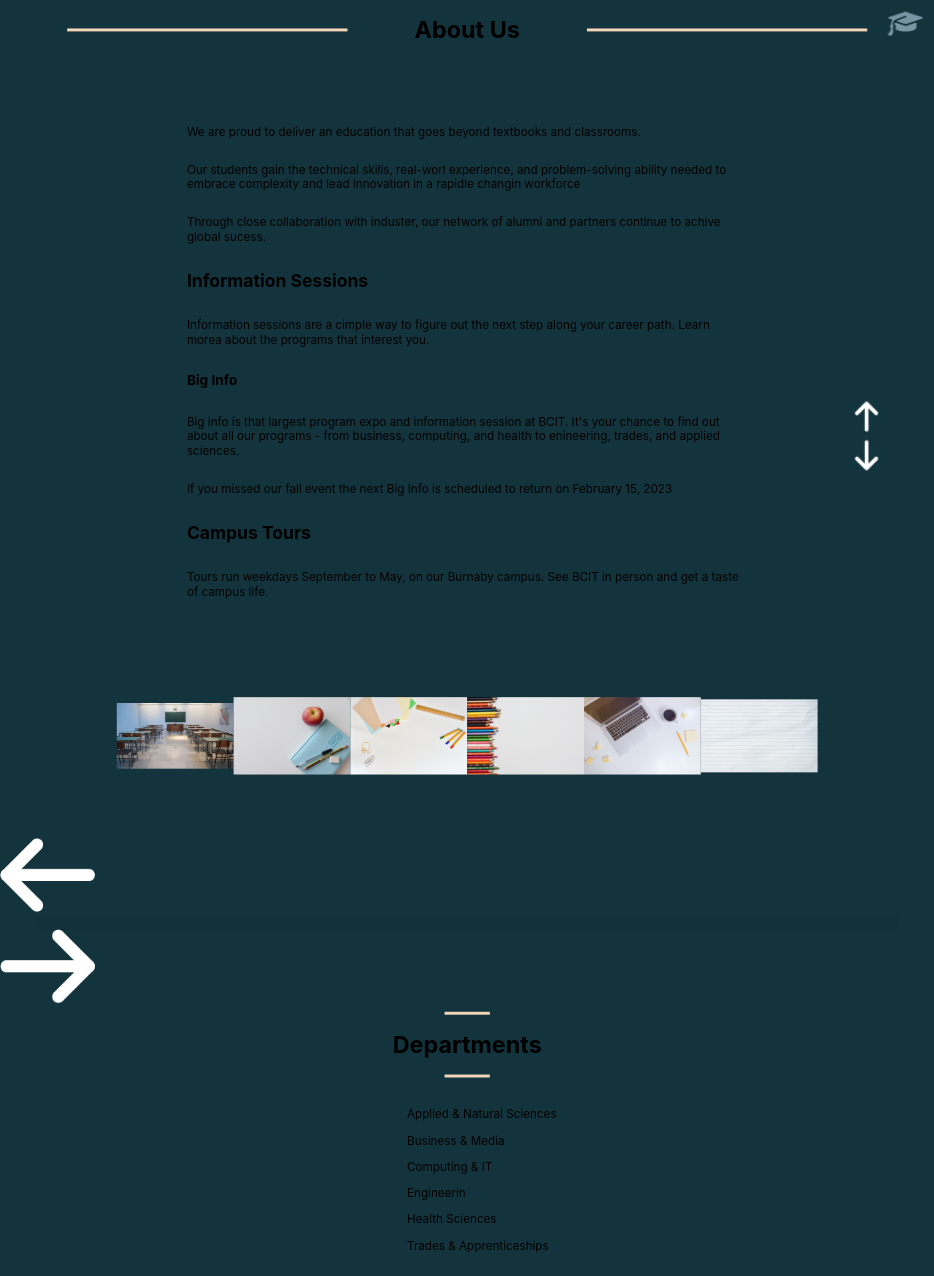
Repository: SaraShio/A01314209_Sara_Shiojima
Page: /about
These files come from the project's save history. The page is drawn as it stood at one moment and after the next save; the edit follows.
The browser window is 1280 px wide. The pictures show the whole page, at 73% of full size.
The project was rebuilt for these pictures with package versions that can differ from the ones it lists, and the page was loaded fresh each time. The framework's server and built-in components were replaced by stand-ins that run in the browser. Also part of the build but not shown: next.config.js.

Above is the page before, as saved 2023-02-08 22:19:27.

### pages/_app.js
import '../styles/globals.css'
import '../styles/variables.css'


function MyApp({ Component, pageProps }) {
  return <Component {...pageProps} />
}

export default MyApp

### pages/about.js
import Head from 'next/head'
import Image from 'next/image'
import styles from '../styles/About.module.css'
import Link from 'next/link'
import Arrow from '../components/Arrow'
import Navbar from '../components/Navbar'

export default function About() {
    return (
        <>
            <head>
                <title>About Us</title>
                <meta name="author" content="MDIA 2109" />
                <meta property="og:title" content="Assignment #1 - About Us Page" />
                <meta property="og:description" content="BCIT Digital Design and Development Diploma" />
                <link rel="icon" href='/favicon.png' />
            </head>

            <main className={styles.main}>
                <Navbar/>
                <header>
                    <div className={styles.header}>
                        <hr className={styles.line}></hr>
                        <h1>About Us</h1>
                        <hr className={styles.line}></hr>
                    </div>
                </header>
                <div className={styles.information}>
                    <div><p>We are proud to deliver an education that goes beyond textbooks and classrooms.</p></div>
                    <div><p>Our students gain the technical skills, real-worl experience, and problem-solving ability needed to embrace complexity and lead innovation in a rapidle changin workforce</p></div>
                    <div><p>Through close collaboration with induster, our network of alumni and partners continue to achive global sucess. </p></div>

                    <div><h2  >Information Sessions</h2></div>
                    <div><p>Information sessions are a cimple way to figure out the next step along your career path. Learn morea about the programs that interest you.</p></div>
                    <div><h3  >Big Info</h3></div>
                    <div><p>Big info is that largest program expo and information session at BCIT. It's  your chance to find out about all our programs - from business, computing, and health to enineering, trades, and applied sciences.</p></div>
                    <div><p  >If you missed our fall event the next Big Info is scheduled to return on February 15, 2023</p></div>
                    <div><h2  >Campus Tours</h2></div>

                    <div><p>Tours run weekdays September to May, on our Burnaby campus. See BCIT in person and get a taste of campus life.</p></div>
                </div>

                <div id="carouselImage" className={styles.carouselImage}>
                    <img className={styles.carousel} src={"carousel-images/0.jpg"} />
                    <img className={styles.carousel} src={"carousel-images/1.jpg"} />
                    <img className={styles.carousel} src={"carousel-images/2.jpg"} />
                    <img className={styles.carousel} src={"carousel-images/3.jpg"} />
                    <img className={styles.carousel} src={"carousel-images/4.jpg"} />
                    <img className={styles.carousel} src={"carousel-images/5.jpg"} />
                </div>

                <div>
                    <img src={'icons/leftArrow.png'} />
                    <div id="testOnImageHere" className={styles.testOnImageHere}></div>
                    <img src={'icons/rightArrow.png'} />
                </div>


                <div className={styles.departments}>
                    <div className={styles.test}>
                        <hr className={styles.line}></hr>
                        <h1>Departments</h1>
                        <hr className={styles.line}></hr>
                        </div>
                    <ul className={styles.departmentName}>
                        <li>Applied & Natural Sciences</li>
                        <li>Business & Media</li>
                        <li>Computing & IT</li>
                        <li>Engineerin</li>
                        <li>Health Sciences</li>
                        <li>Trades & Apprenticeships</li>
                    </ul>
                </div>
                <Arrow page="About" />

            </main>
        </>
    )
}

### styles/variables.css
:root{
    --primary-color: #fff;
    --beige: #f4d6b9;
    --ternary-color: #7796A4;
    --teal: #14343d;
    --quinary-color: rgba(16,46,53,0.5);
    }

### styles/About.module.css
.main{
    background-color: var(--teal);
}

.carouselImage{
    height: 200px;
    background-repeat: no-repeat;
    background-size: cover;
    display: flex;
    justify-content: center;
    align-items: center;
    margin: 40px 0px;
}

.carousel{
width: 10rem;
}

.testOnImageHere{
    background-color: rgba(16, 46, 53, 0.5);
    padding: 10px;
    margin: 0px 50px;
}

.header{
display: flex;
justify-content: center;
align-items: center;
}



.line{
    width: 30%;
    height: 0.25rem;
    background-color: var(--beige);
    border: none;
}

.information{
    margin: 10vh 20vw;
    display: flex;
    justify-content: center;
    flex-direction: column;
}


.departments{
    display: flex;
    flex-direction: column;
    align-items: center;
    justify-content: center;
}

.departmentName>li{
    list-style: none;
    margin: 1rem;
}

### components/Arrow/index.js
import styles from './Arrow.module.css'

export default function Arrow({
    page = "home",
}) {
    return (

        page.toLowerCase() === "home" ?
            <div className={styles.arrow}><a><span><img src={'icons/downwardArrow.png'} /></span></a>
            </div> :
            page.toLowerCase() === "about" ?
                <div className={styles.arrow}><a><span><img src={'icons/upwardArrow.png'} /></span></a>
                    <a><span><img src={'icons/downwardArrow.png'} /></span></a>
                </div> :
                page.toLowerCase() === "contact" ?
                    <div className={styles.arrow}><a href="/about"><span><img src={'icons/upwardArrow.png'} /></span></a>
                    </div> :
                    <div className={styles.arrow}><a href="/"><span><img src={'icons/downwardArrow.png'} /></span></a>
                    </div>
    )
}

### components/Navbar/index.js
import styles from './Navbar.module.css'


export default function Navbar() {

    return (
        <>
            <nav className={styles.navbar}>
                <img className={styles.nav_icon} src={'icons/graduation-hat.png'}></img>
            </nav>
        </>
    )
}

### components/Arrow/Arrow.module.css
.arrow{
    bottom:10vh;
    right: 6vw;
    display: flex;
    flex-direction: column;
    position: fixed;
    gap: 0.5rem;
}


.arrow > a > span > img{
    width: 2rem;
}

### components/Navbar/Navbar.module.css
.navbar{
    display: flex;
    position: relative;
}

.nav_icon{
    width: 3rem;
    top: 1rem;
    right: 1rem;
    position: absolute;
}

Loaded but not shown: styles/globals.css (common file)

After the next save:
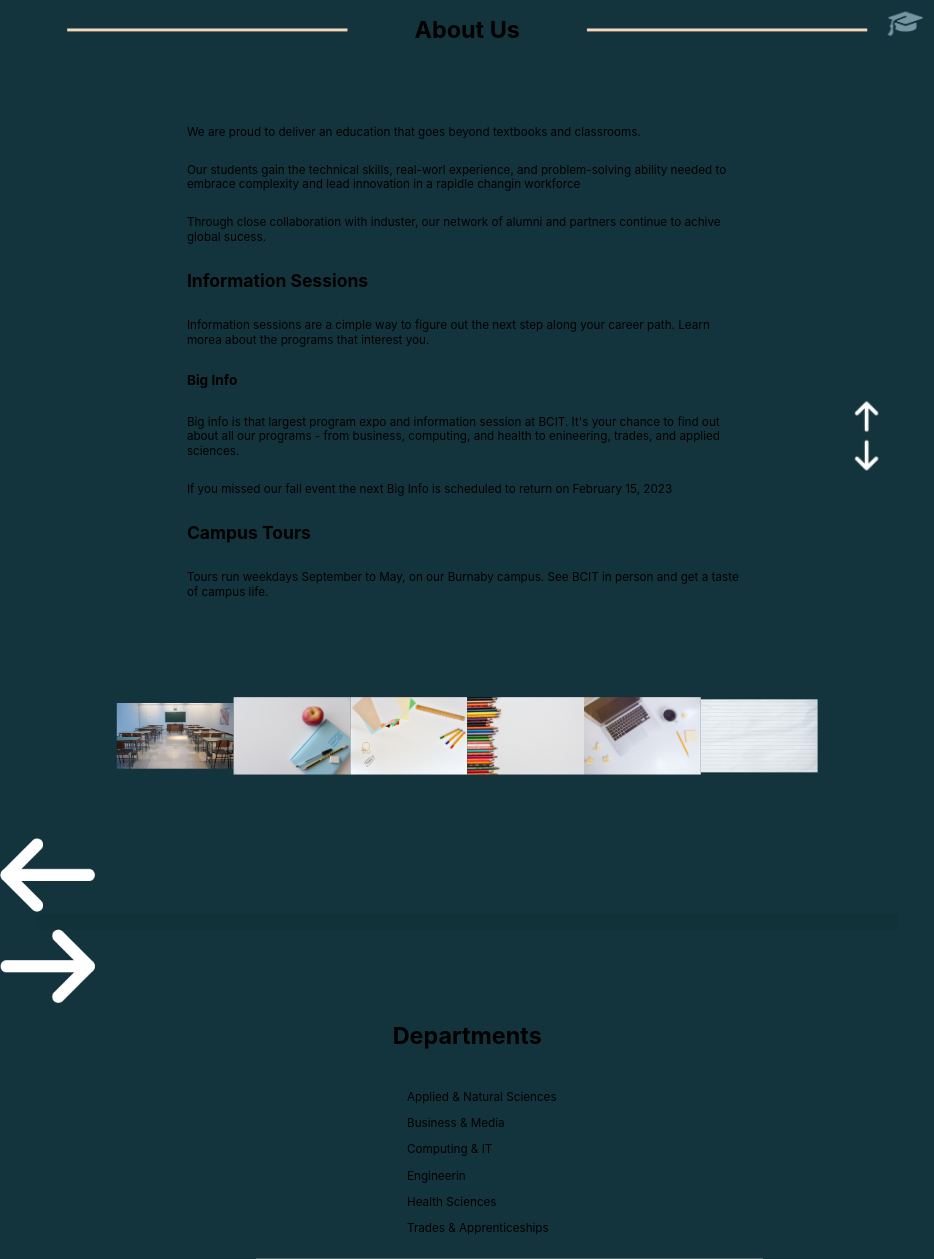
Saved 6 s later.
--- a/styles/About.module.css
+++ b/styles/About.module.css
@@ -28,7 +28,9 @@
 align-items: center;
 }
 
-
+.test{
+    display: flex;
+}
 
 .line{
     width: 30%;

After the 3 saves that followed:
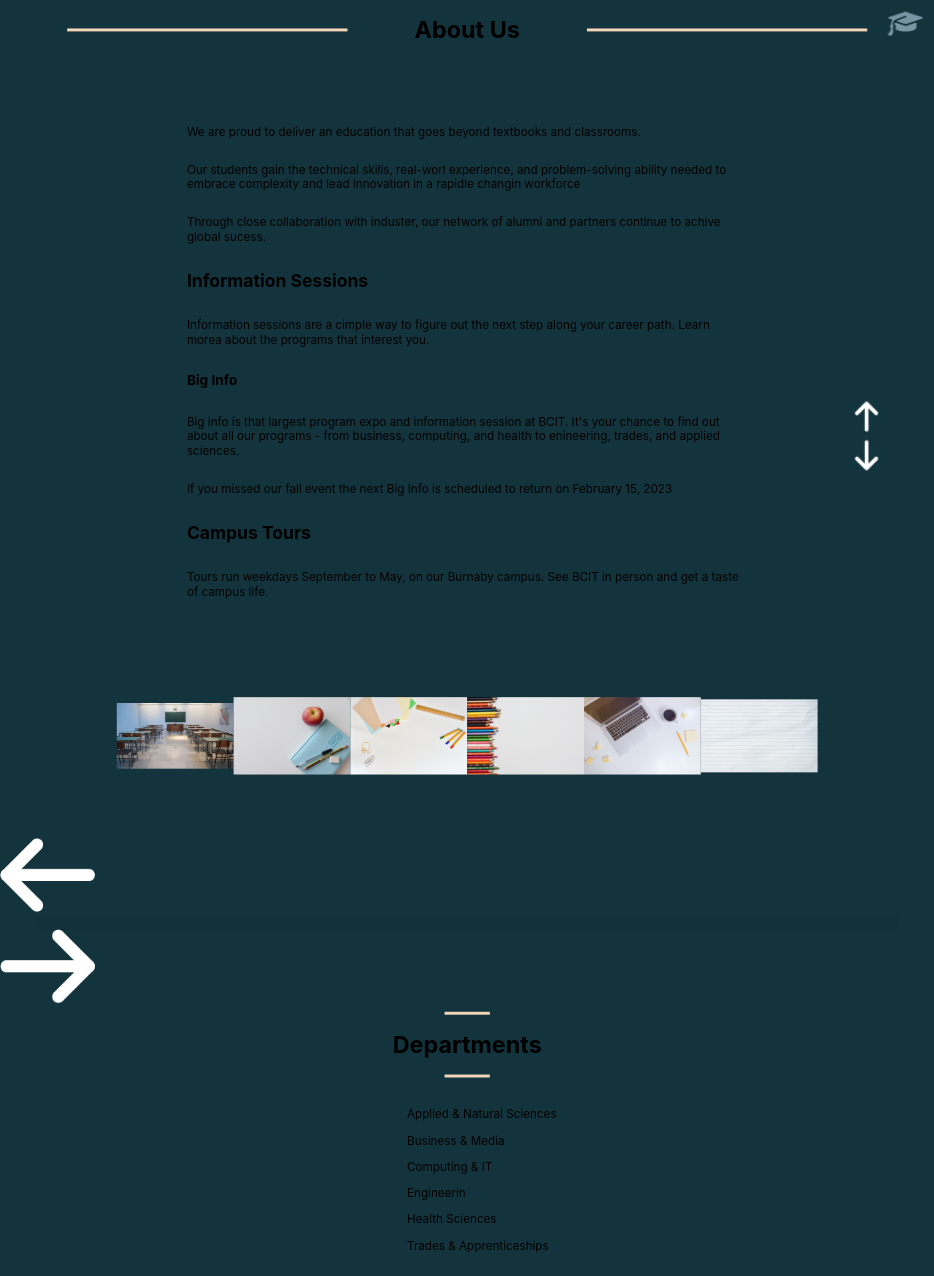
The 3 saves are shown as one change because 2 left the picture as it was.
The last was saved 2 min 10 s later.
--- a/styles/About.module.css
+++ b/styles/About.module.css
@@ -28,10 +28,6 @@
 align-items: center;
 }
 
-.test{
-    display: flex;
-}
-
 .line{
     width: 30%;
     height: 0.25rem;
